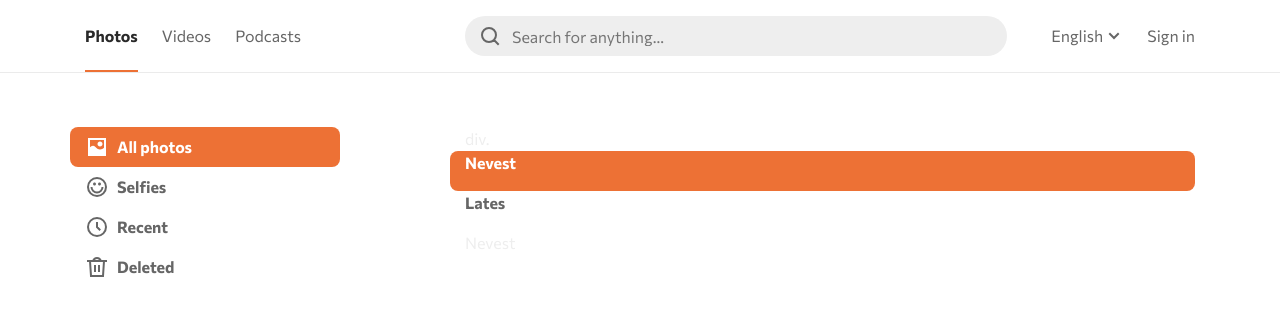
Repository: densavi/djinni
Page: index.html
These files come from the project's save history. The page is drawn as it stood at one moment and after the next save; the edit follows.
The browser window is 1280 px wide. The pictures show the whole page.
The style sheet was rebuilt from its Sass, Less or Tailwind sources for each picture, by a compiler version that may differ from the author's.

Above is the page before, as saved 2023-04-10 23:50:16.

### index.html
<!DOCTYPE html>
<html lang="en">
<head>
  <meta charset="UTF-8">
  <meta http-equiv="X-UA-Compatible" content="IE=edge">
  <meta name="viewport" content="width=device-width, initial-scale=1.0">
  <title>Photos</title>
  <link rel="stylesheet" href="https://cdn.jsdelivr.net/npm/bootstrap@4.6.2/dist/css/bootstrap.min.css" integrity="sha384-xOolHFLEh07PJGoPkLv1IbcEPTNtaed2xpHsD9ESMhqIYd0nLMwNLD69Npy4HI+N" crossorigin="anonymous">
  <link rel="stylesheet" href="css/style.css">
</head>
<body>

  <header class="header">
    <div class="container">
      <div class="row d-flex justify-content-between align-items-center">
        <div class="col-3">
          <button class="open-menu"><span></span></button>
          <nav class="header__nav">
            <ul class="nav">
              <li class="nav-item">
                <a class="nav-link active" aria-current="page" href="#">Photos</a>
              </li>
              <li class="nav-item">
                <a class="nav-link" href="#">Videos</a>
              </li>
              <li class="nav-item">
                <a class="nav-link" href="#">Podcasts</a>
              </li>
            </ul>
          </nav>
        </div>
        <div class="col-8 d-flex align-items-center justify-content-end">
          <label for="search" class="header__search">
            <img src="img/search.svg" alt="Search">
            <input type="search" placeholder="Search for anything...">
          </label>
          <div class="dropdown show">
            <a class="header__lang-link" href="#" role="button" id="dropdownMenuLink" data-toggle="dropdown" aria-haspopup="true" aria-expanded="false">
              English
              <svg width="12" height="8" viewBox="0 0 12 8" fill="none" xmlns="http://www.w3.org/2000/svg">
                <path d="M2 2L6 6L10 2" stroke="#666666" stroke-width="2" stroke-linecap="square"/>
              </svg>
            </a>

            <div class="dropdown-menu" aria-labelledby="dropdownMenuLink">
              <a class="dropdown-item" href="#">Ukraine</a>
              <a class="dropdown-item" href="#">Polish</a>
            </div>
          </div>
          <a href="#" class="header__sign-in">Sign in</a>
        </div>
      </div>
    </div>
  </header>


  <div class="wrapper">
    <div class="container">
      <div class="row d-flex justify-content-between">
        <div class="col-3 sidebar">
          <ul class="nav sidebar__tabs">
            <li class="sidebar__item">
              <a class="d-flex align-items-center sidebar__link active" data-toggle="tab" href="#all-photos">
                <svg width="24" height="24" viewBox="0 0 24 24" fill="none" xmlns="http://www.w3.org/2000/svg">
                  <path d="M15 6.5C13.6193 6.5 12.5 7.61929 12.5 9C12.5 10.3807 13.6193 11.5 15 11.5C16.3807 11.5 17.5 10.3807 17.5 9C17.5 7.61929 16.3807 6.5 15 6.5Z" fill="#666666"/>
                  <path fill-rule="evenodd" clip-rule="evenodd" d="M3 3H21V21H18.5266L18.4945 21.0002H5.5L5.46787 21H3V3ZM19 12.8362C17.8552 13.898 16.7044 14.4537 15 14.4537C13.0944 14.4537 11.6208 13.2859 10.1527 11.7048C9.15108 10.6262 7.51491 10.4335 6.29018 11.25L6.26758 11.2651L5 12.2134V5H19V12.8362Z" fill="#666666"/>
                </svg>
                All photos
              </a>
            </li>
            <li class="sidebar__item">
              <a class="d-flex align-items-center sidebar__link" data-toggle="tab" href="#selfies">
                <svg width="24" height="24" viewBox="0 0 24 24" fill="none" xmlns="http://www.w3.org/2000/svg">
                  <path d="M17.5 12C17.5 15.0376 15.0376 17.5 12 17.5C8.96243 17.5 6.5 15.0376 6.5 12M21 12C21 16.9706 16.9706 21 12 21C7.02944 21 3 16.9706 3 12C3 7.02944 7.02944 3 12 3C16.9706 3 21 7.02944 21 12Z" stroke="#666666" class="hover-fill" stroke-width="2"/>
                  <path d="M11 9C11 9.82843 10.3284 10.5 9.5 10.5C8.67157 10.5 8 9.82843 8 9C8 8.17157 8.67157 7.5 9.5 7.5C10.3284 7.5 11 8.17157 11 9Z" fill="#666666"/>
                  <path d="M16 9C16 9.82843 15.3284 10.5 14.5 10.5C13.6716 10.5 13 9.82843 13 9C13 8.17157 13.6716 7.5 14.5 7.5C15.3284 7.5 16 8.17157 16 9Z" fill="#666666"/>
                </svg>
                Selfies
              </a>
            </li>
            <li class="sidebar__item">
              <a class="d-flex align-items-center sidebar__link" data-toggle="tab" href="#recent">
                <svg width="24" height="24" viewBox="0 0 24 24" fill="none" xmlns="http://www.w3.org/2000/svg">
                  <path d="M12 8V12L14.5 14.5M21 12C21 16.9706 16.9706 21 12 21C7.02944 21 3 16.9706 3 12C3 7.02944 7.02944 3 12 3C16.9706 3 21 7.02944 21 12Z" stroke="#666666" stroke-width="2" stroke-linecap="square"/>
                </svg>
                Recent
              </a>
            </li>
            <li class="sidebar__item">
              <a class="d-flex align-items-center sidebar__link" data-toggle="tab" href="#deleted">
                <svg width="24" height="24" viewBox="0 0 24 24" fill="none" xmlns="http://www.w3.org/2000/svg">
                  <path d="M6 21L5.00221 21.0665L5.06445 22H6V21ZM18 21V22H18.9356L18.9978 21.0665L18 21ZM3 5H2V7H3V5ZM21 7H22V5H21V7ZM11 11V10H9V11H11ZM9 16V17H11V16H9ZM15 11V10H13V11H15ZM13 16V17H15V16H13ZM4.00221 6.06652L5.00221 21.0665L6.99779 20.9335L5.99779 5.93348L4.00221 6.06652ZM6 22H18V20H6V22ZM18.9978 21.0665L19.9978 6.06652L18.0022 5.93348L17.0022 20.9335L18.9978 21.0665ZM19 5H5V7H19V5ZM3 7H5V5H3V7ZM19 7H21V5H19V7ZM9 11V16H11V11H9ZM13 11V16H15V11H13ZM12 4C13.3965 4 14.5725 4.95512 14.9055 6.24926L16.8424 5.75074C16.2874 3.59442 14.3312 2 12 2V4ZM9.09445 6.24926C9.42754 4.95512 10.6035 4 12 4V2C9.66883 2 7.71258 3.59442 7.15758 5.75074L9.09445 6.24926Z" fill="#666666"/>
                </svg>
                Deleted
              </a>
            </li>
          </ul>
        </div>
        <div class="col-8">
            <div class="tab-content">
              <div role="tabpanel" class="tab-pane active" id="all-photos">


                <!--  -->
                div.
                <ul class="nav sidebar__tabs">
                  <li class="sidebar__item">
                    <a class="sidebar__link active" data-toggle="tab" href="#nevest">Nevest</a>
                  </li>
                  <li class="sidebar__item">
                    <a class="sidebar__link" data-toggle="tab" href="#lates">Lates</a>
                  </li>
                </ul>
                <!--  -->

                <div class="tab-content">
                  <div role="tabpanel" class="tab-pane active" id="nevest">
                    Nevest
                  </div>
                  <div role="tabpanel" class="tab-pane" id="lates">
                    lates
                  </div>

                </div>

              </div>

              <div role="tabpanel" class="tab-pane" id="selfies">
                <div class="alert alert-info">Selfies</div>
              </div>
              <div role="tabpanel" class="tab-pane" id="recent">
                <div class="alert alert-info">recent</div>
              </div>
              <div role="tabpanel" class="tab-pane" id="deleted">
                delete
              </div>

            </div>
        </div>



      </div>
    </div>
  </div>

  <script src="https://code.jquery.com/jquery-3.6.4.min.js" integrity="sha256-oP6HI9z1XaZNBrJURtCoUT5SUnxFr8s3BzRl+cbzUq8=" crossorigin="anonymous"></script>
  <script src="https://cdn.jsdelivr.net/npm/bootstrap@4.6.2/dist/js/bootstrap.min.js" integrity="sha384-+sLIOodYLS7CIrQpBjl+C7nPvqq+FbNUBDunl/OZv93DB7Ln/533i8e/mZXLi/P+" crossorigin="anonymous"></script>
  <script src="js/main.js"></script>
</body>
</html>

### css/style.scss
@import url('https://fonts.googleapis.com/css2?family=Commissioner:wght@400;700&display=swap');

@import 'vars';
@import 'typo';

@import 'components/header';
@import 'components/mobile-menu';
@import 'components/sidebar';

### css/_vars.scss
$darkBlack: #292929;
$grey: #666666;
$lightGrey: #EEEEEE;

$orange: #ED7135;

$mainFont: 'Commissioner', sans-serif;

$tablet: 992px;
$mobile: 768px;

### css/_typo.scss
body {
  font: 16px/24px $mainFont;
  color: $lightGrey;
}

a {
  color: $mainFont;
  text-decoration: underline;
  &:hover {
    text-decoration: none;
  }
}


.wrapper {
  padding-top: 54px;
}

### css/components/_header.scss
.header {
  border-bottom: 1px solid #EBEBEB;
  padding: 16px 0;
  &__search {
    background: $lightGrey;
    padding: 0 0 0 16px;
    display: flex;
    align-items: center;
    border-radius: 100px;
    margin: 0;
    width: 546px;
    flex: 1;
    @media (max-width: $mobile) {
      display: none;
    }
    img {
      display: flex;
    }
    input[type="search"] {
      height: 40px;
      border: 0;
      background: transparent;
      outline: none;
      width: 100%;
      padding: 0 12px;
    }
  }
  &__sign-in {
    text-decoration: none;
    color: $grey;
    transition: color .3s ease;
    margin-left: 27px;
    @media (max-width: $tablet) {
      margin-left: 15px;
    }
    &:hover {
      color: $orange;
    }
  }
  &__lang-link {
    color: $grey;
    text-decoration: none;
    transition: color .3s ease;
    svg {
      margin-left: 2px;
      transform: translateY(-2px);
      path {
        transition: transform .3s ease;
      }
    }
    &:hover {
      color: $orange;
      svg {
        path {
          stroke: $orange;
        }
      }
    }
  }
  .dropdown-item {
    text-decoration: none;
  }
  .dropdown {
    margin-left: 44px;
    @media (max-width: $tablet) {
      margin-left: 20px;
    }
    @media (max-width: $mobile) {
      display: none;
    }
  }
  &__nav {
    @media (max-width: $mobile) {
      display: none;
    }
    .nav-item {
      &:not(:last-child) {
        margin-right: 24px;
        @media (max-width: $tablet) {
          margin-right: 13px;
        }
      }
    }
    .nav-link {
      padding: 0;
      text-decoration: none;
      color: $grey;
      position: relative;
      &:before {
        content: '';
        position: absolute;
        bottom: -24px;
        width: 0;
        height: 2px;
        background: $orange;
        left: 0;
        transition: all .3s ease;
      }
      &.active {
        font-weight: 700;
        color: $darkBlack;
      }
      &:hover,
      &.active {
        &:before {
          width: 100%;
        }
      }
    }
  }
}

### css/components/_mobile-menu.scss
.open-menu {
  width: 30px;
  height: 20px;
  border: 0;
  position: relative;
  background: transparent;
  display: none;
  cursor: pointer;
  @media (max-width: $mobile) {
    display: block;
  }
  span,
  &:before,
  &:after {
    content: '';
    position: absolute;
    left: 0;
    height: 4px;
    background: $grey;
    width: 100%;
    top: 50%;
    margin-top: -2px;
    transition: all .5s ease;
    border-radius: 4px;
  }
  &:before {
    top: 0;
    margin: 0;
  }
  &:after {
    top: auto;
    margin: 0;
    bottom: 0;
  }
  &.active {
    span {
      opacity: 0;
    }
    &:before {
      transform: rotate(50deg);
      top: 50%;
    }
    &:after {
      transform: rotate(-50deg);
      top: 50%;
    }
  }
}

### css/components/_sidebar.scss
.sidebar {
  &__item {
    margin-left: -15px;
    width: calc(100% + 15px);
  }
  &__link {
    height: 40px;
    border-radius: 8px;
    padding: 0 15px;
    color: $grey;
    text-decoration: none;
    font-weight: 700;
    display: flex;
    svg {
      margin-right: 8px;
    }
    &.active,
    &:hover {
      background: $orange;
      color: #fff;
      svg {
        path {
          fill: #fff;
        }
        .hover-fill {
          fill: #ED7135 !important;
          stroke: #fff;
        }
      }
    }
    &.active:hover {
      color: #fff;
    }
  }
}

Loaded but not shown: js/main.js (no stored copy; drawn as an empty file)

After the next save:
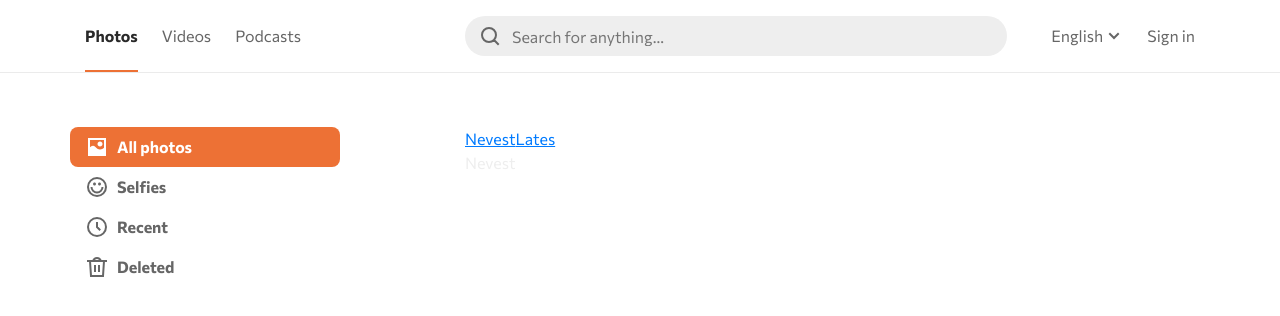
Saved 39 s later.
--- a/index.html
+++ b/index.html
@@ -102,15 +102,17 @@
 
 
                 <!--  -->
-                div.
-                <ul class="nav sidebar__tabs">
-                  <li class="sidebar__item">
-                    <a class="sidebar__link active" data-toggle="tab" href="#nevest">Nevest</a>
-                  </li>
-                  <li class="sidebar__item">
-                    <a class="sidebar__link" data-toggle="tab" href="#lates">Lates</a>
-                  </li>
-                </ul>
+                <div class="content__head">
+                  <ul class="nav content__tabs">
+                    <li class="content__item">
+                      <a class="content__link active" data-toggle="tab" href="#nevest">Nevest</a>
+                    </li>
+                    <li class="content__item">
+                      <a class="content__link" data-toggle="tab" href="#lates">Lates</a>
+                    </li>
+                  </ul>
+                </div>
+
                 <!--  -->
 
                 <div class="tab-content">
